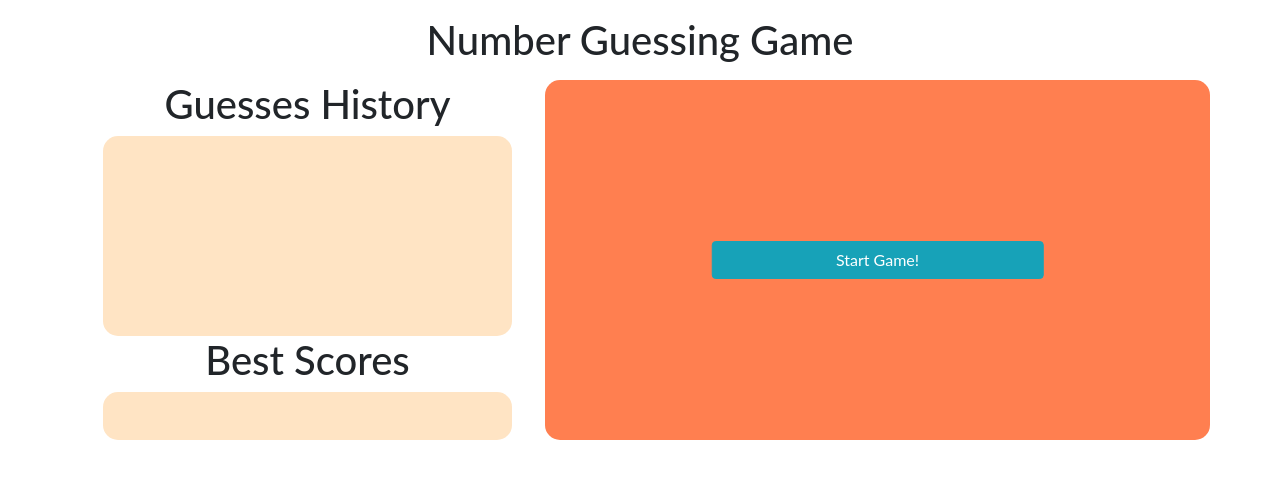
Repository: tts2610/NumberGuessingGame
Page: index.html
An editor plug-in stored every save of this project. The page is shown before and after the next save, followed by the edit.
The browser window is 1280 px wide. The pictures show the whole page.

Above is the page before, as saved 2020-05-13 19:36:22.

After the next save:
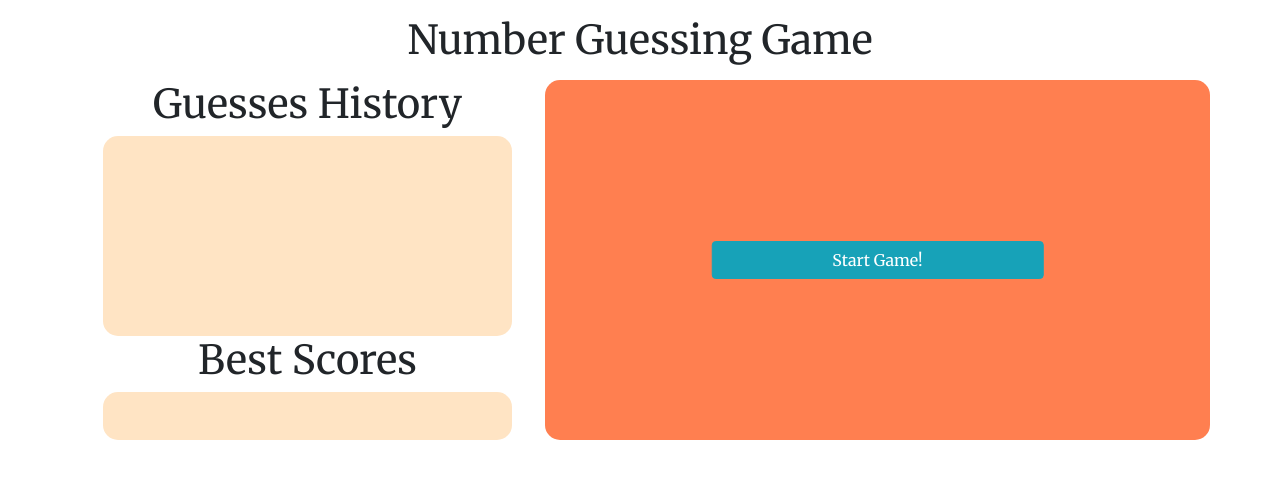
Saved 17 s later.
--- a/css/style.css
+++ b/css/style.css
@@ -1,5 +1,6 @@
 body {
-    font-family: 'Lato';
+    font-family: 'Merriweather';
+    font-size: 22px;
 }
 
 .numberGuessingBox .row .left_handSide .box-1 {
